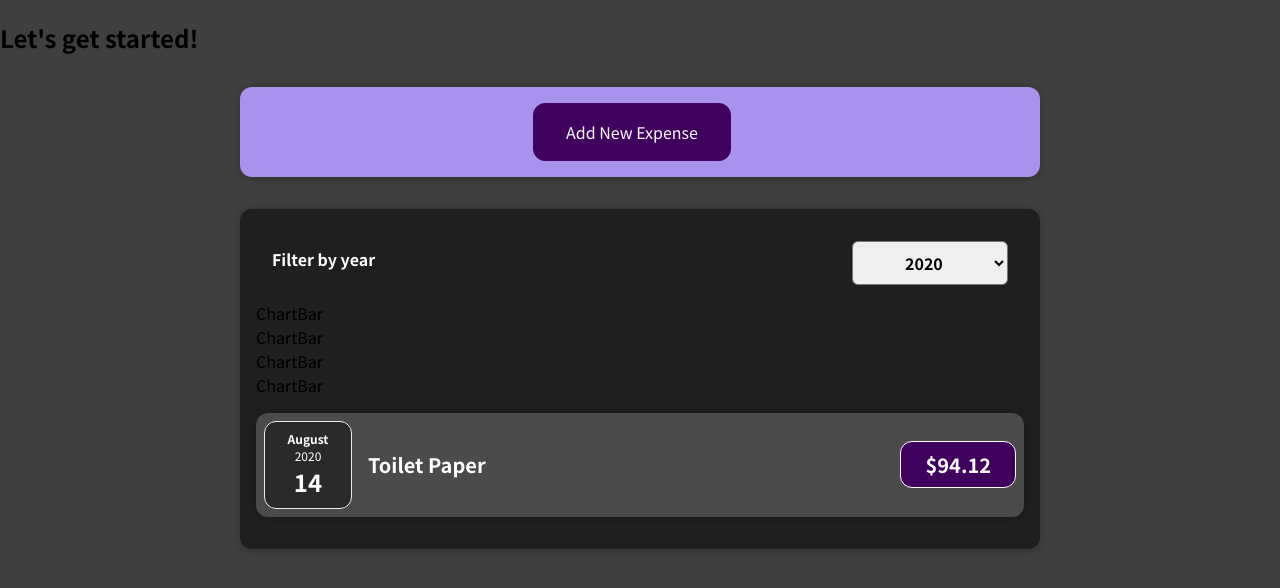
Repository: Dark-Developer93/react-complete-guide
Page: /
The author's editor kept a copy of each file at every save. The page is drawn from the files as they stood at one save, then again after the next save.
The browser window is 1280 px wide. The pictures show the whole page.
The project was rebuilt for these pictures with package versions that can differ from the ones it lists, and the page was loaded fresh each time. Also part of the build but not shown: src/components/Chart/ChartBar.css, src/components/NewExpense/ExpenseForm.css, src/components/NewExpense/ExpenseForm.js. Imported but missing from the stored project, and not drawn on this page: src/components/Chart/Chart.ccs.

Above is the page before, as saved 2022-11-05 10:09:34.

After the next save:
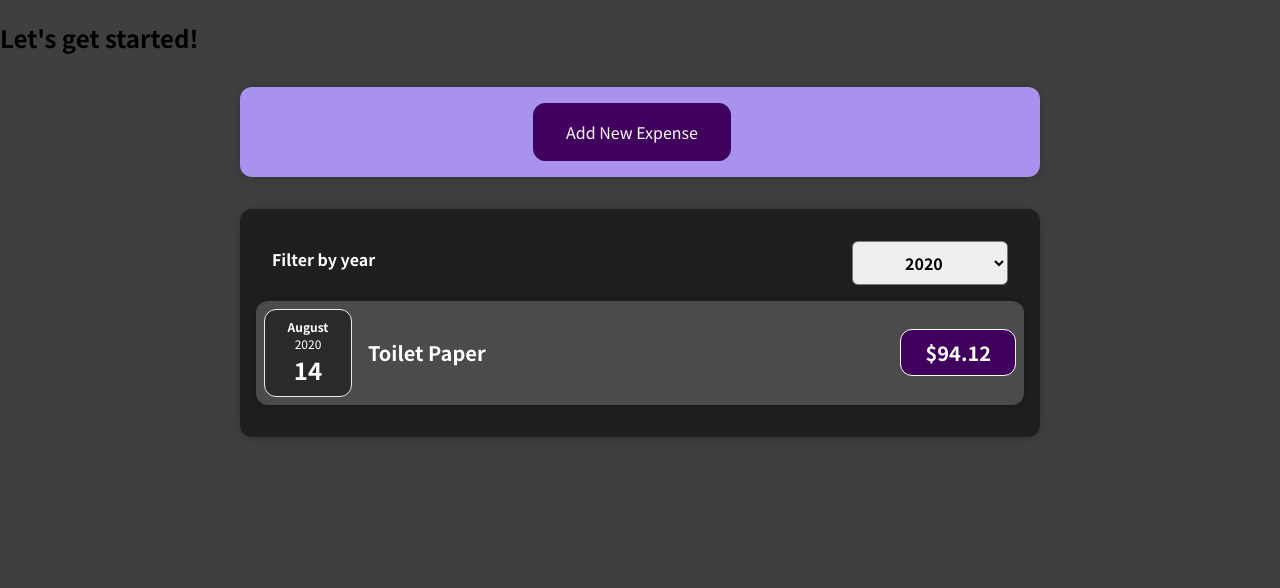
Saved 43 s later.
--- a/src/components/Chart/ChartBar.js
+++ b/src/components/Chart/ChartBar.js
@@ -3,7 +3,7 @@
 import "./ChartBar.css";
 
 const ChartBar = () => {
-  return <div>ChartBar</div>;
+  return <div></div>;
 };
 
 export default ChartBar;

After the save that followed:
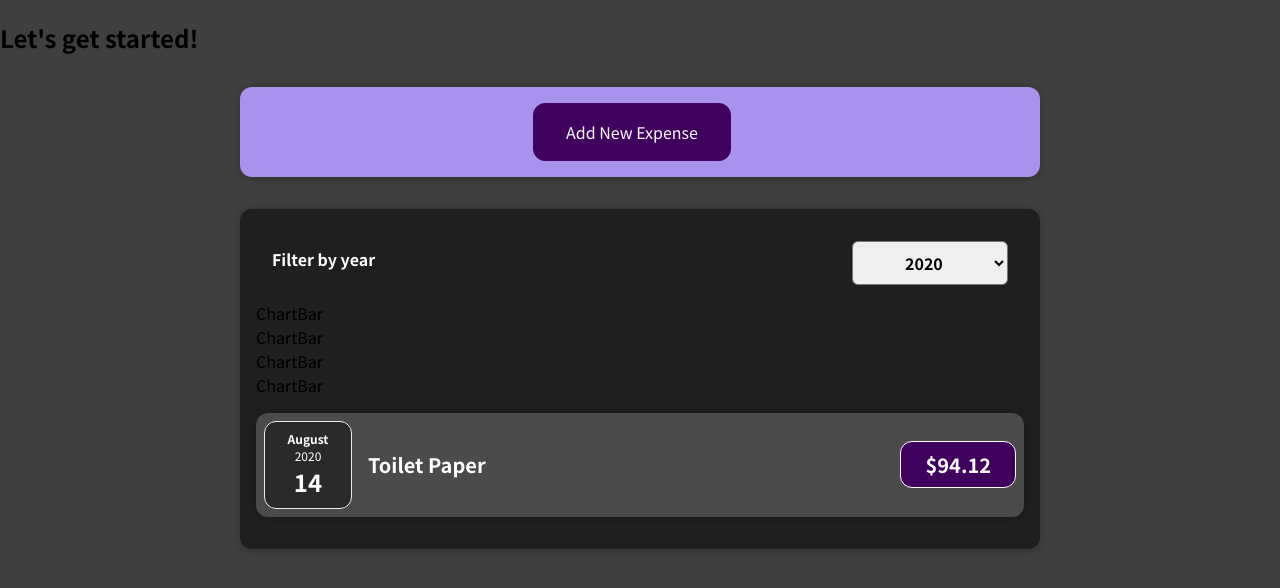
Saved 5 s later.
--- a/src/components/Chart/ChartBar.js
+++ b/src/components/Chart/ChartBar.js
@@ -3,7 +3,7 @@
 import "./ChartBar.css";
 
 const ChartBar = () => {
-  return <div></div>;
+  return <div>ChartBar</div>;
 };
 
 export default ChartBar;
